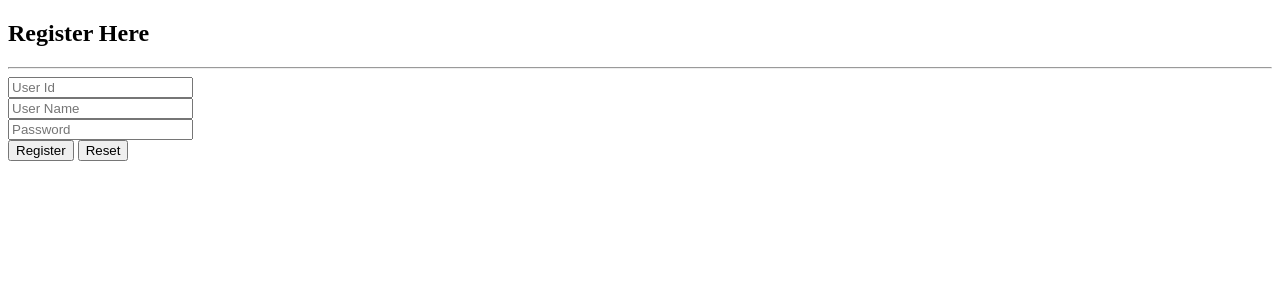
Repository: Abinayasivapraba/Finoculus
Page: LetzChat/WebContent/User/Reg.html
These files come from the project's save history. The page is drawn as it stood at one moment and after the next save; the edit follows.
The browser window is 1280 px wide. The pictures show the whole page.

Above is the page before, as saved 2017-08-05 15:00:29.

### LetzChat/WebContent/User/Reg.html
<!DOCTYPE html>
<html>
<head>
<meta charset="ISO-8859-1">
<title>ChatApp</title>
</head>
<body ng-controller="UserController as ctrl">
<div class="container">
 <div class="row">
  <div class="col-md-12">
   <div class="panel panel-panel login">
    <div class="panel-body">
     <div class="row">
      <div class="cl-lg-12">
       <h2>Register Here</h2>
        <hr class="colorgraph">
<form ng-submit="ctrl.submit()" name="myForm" class="form-horizontzal">
<div>
          <div class="form-row">
			<div class='col-xs-6 form-group'>
				<input type="text"  id="userid" class="form-control" placeholder="User Id" aria-describedby="fnameHelpInline"/>
	        </div>
	        </div>
	        <div class='col-xs-6 form-group'>
				<input type="text"  id="userid" class="form-control" placeholder="User Name" aria-describedby="fnameHelpInline"/>
	        </div>
	        </div>
	        <div class='col-xs-6 form-group'>
				<input type="password"  id="password" class="form-control" placeholder="Password" aria-describedby="fnameHelpInline"/>
	        </div>
	        </div>

	        <input type="submit" class="btn btn-lg btn-success btn-success" value="Register">

		 <input type="reset" class="btn btn-lg btn-success btn-log" ng-click="ctrl.reset()" value="Reset">
		 </div>

</form>
      </div>
     </div>
    </div>
   </div>
  </div>



</body>
</html>

After the next save:
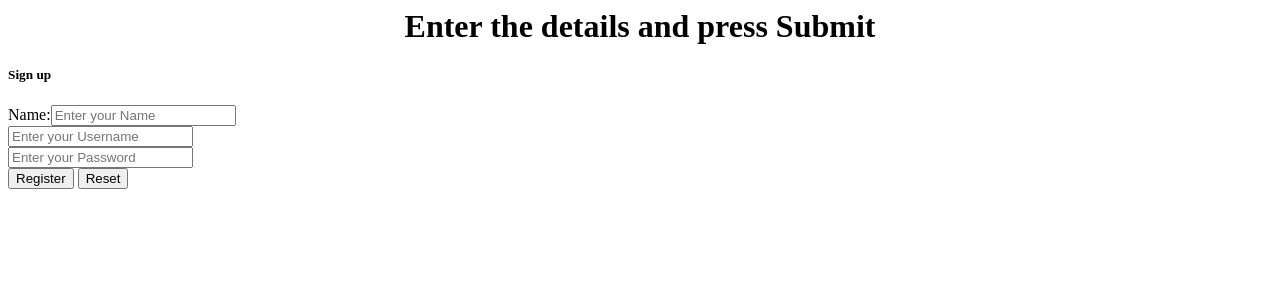
Saved 7 min 16 s later.
--- a/LetzChat/WebContent/User/Reg.html
+++ b/LetzChat/WebContent/User/Reg.html
@@ -1,48 +1,78 @@
-<!DOCTYPE html>
-<html>
-<head>
-<meta charset="ISO-8859-1">
-<title>ChatApp</title>
-</head>
-<body ng-controller="UserController as ctrl">
+
+<div ng-controller="UserController as ctrl">
 <div class="container">
- <div class="row">
-  <div class="col-md-12">
-   <div class="panel panel-panel login">
-    <div class="panel-body">
-     <div class="row">
-      <div class="cl-lg-12">
-       <h2>Register Here</h2>
-        <hr class="colorgraph">
-<form ng-submit="ctrl.submit()" name="myForm" class="form-horizontzal">
-<div>
-          <div class="form-row">
-			<div class='col-xs-6 form-group'>
-				<input type="text"  id="userid" class="form-control" placeholder="User Id" aria-describedby="fnameHelpInline"/>
-	        </div>
-	        </div>
-	        <div class='col-xs-6 form-group'>
-				<input type="text"  id="userid" class="form-control" placeholder="User Name" aria-describedby="fnameHelpInline"/>
-	        </div>
-	        </div>
-	        <div class='col-xs-6 form-group'>
-				<input type="password"  id="password" class="form-control" placeholder="Password" aria-describedby="fnameHelpInline"/>
-	        </div>
-	        </div>
+	<div class="row">
+<center><h1>Enter the details and press Submit</h1></center>
 
-	        <input type="submit" class="btn btn-lg btn-success btn-success" value="Register">
-
-		 <input type="reset" class="btn btn-lg btn-success btn-log" ng-click="ctrl.reset()" value="Reset">
-		 </div>
-
-</form>
-      </div>
-     </div>
-    </div>
-   </div>
-  </div>
+   <div class="formcontainer">
+			<div class="row main">
+				<div class="main-login main-center">
+				<h5>Sign up </h5>
+					<form ng-submit="ctrl.submit()" name="myForm" class="form-horizontal">
 
 
 
-</body>
-</html>
+
+
+						<div class="form-group">
+
+							<div class="cols-sm-4">
+								<div class="input-group">
+
+									Name:<input type="text" class="form-control" name="name" id="name" ng-model="ctrl.user.name"  placeholder="Enter your Name"/>
+								</div>
+							</div>
+						</div>
+
+
+
+						<div class="form-group">
+
+							<div class="cols-sm-4">
+								<div class="input-group">
+									<span class="input-group-addon"><i class="fa fa-users fa" aria-hidden="true"></i></span>
+									<input type="text" class="form-control" name="id" id="id" ng-model="ctrl.user.id"  placeholder="Enter your Username"/>
+								</div>
+							</div>
+						</div>
+
+						<div class="form-group">
+
+							<div class="cols-sm-4">
+								<div class="input-group">
+									<span class="input-group-addon"><i class="fa fa-lock fa-lg" aria-hidden="true"></i></span>
+									<input type="password" class="form-control" name="password" id="password" ng-model="ctrl.user.password"  placeholder="Enter your Password"/>
+								</div>
+							</div>
+						</div>
+
+
+
+						<!-- <div class="form-group">
+
+							<div class="cols-sm-4">
+								<div class="input-group">
+									<span class="input-group-addon"><i class="fa fa-lock fa-lg" aria-hidden="true"></i></span>
+									<input type="text" class="form-control" name="contact" id="contact" ng-model="ctrl.user.contact"  placeholder="Contact"/>
+								</div>
+							</div>
+						</div> -->
+
+
+
+
+
+						<input type="submit" class="btn btn-lg btn-success btn-success" value="Register">
+
+						<input type="reset" class="btn btn-lg btn-success btn-log" ng-click="ctrl.reset()" value="Reset">
+
+
+
+
+					</form>
+				</div>
+			</div>
+		</div>
+		</div>
+		</div>
+		</div>
